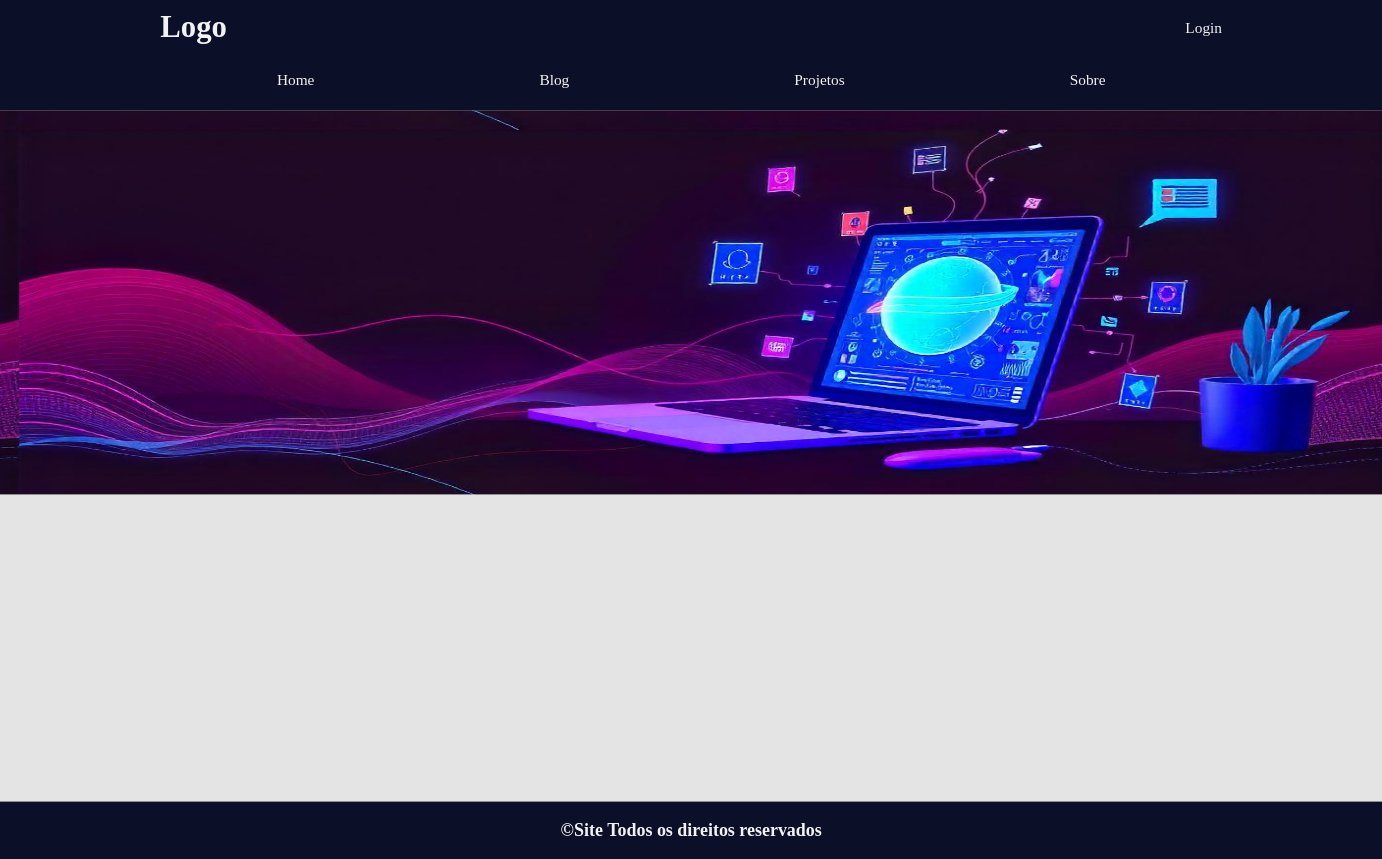
Repository: SauloMorais01/mysitefront-end
Page: index.html
The author's editor kept a copy of each file at every save. The page is drawn from the files as they stood at one save, then again after the next save.
The browser window is 1440 px wide. The pictures show the whole page, at 96% of full size.

Above is the page before, as saved 2024-11-01 21:49:32.

### index.html
<!DOCTYPE html>
<html lang="pt-br">
<head>
    <meta charset="UTF-8">
    <meta name="viewport" content="width=device-width, initial-scale=1.0">
    <title>Titulo - status</title>
    <link rel="stylesheet" href="./src/css/style.css">
</head>
<body>
    <header class="primary-color hd-color-white">
        <div class="container">
            <div class="top-box flex">
                <div class="logo">
                    <a class="hd-color-white" href="/"><h1>Logo</h1></a>
                </div>
                <div class="login">
                    <a class="hd-color-white" href="/">Login</a>
                </div>
            </div>
        </div>
    </header>

    <section id="menu" class="sticky-top primary-color hd-color-white">
            <div class="container center">
                <a href="/">Home</a>
                <a href="./src/pages/blog.html">Blog</a>
                <a href="/">Projetos</a>
                <a href="/">Sobre</a>
            </div>
    </section>

    <main>
        <section class="info-top">

        </section>

    </main>

    <footer class="primary-color center">
        <h3 class="hd-color-white">&copy;<strong>Site</strong> Todos os direitos reservados</h3>
    </footer>


    <script src="./src/js/main.js"></script>
</body>
</html>

### src/css/style.css
/* Primary configs */
:root {
    /* Colors */
    /* Bases */
    --primary-color: 234, 94%, 6%,;
    --secondary-color: 184, 86%, 66%,;
    --body-color: 0, 0%, 89%,;
    --white-color: 0, 0%, 100%,;
    --black-color: 0, 0%, 0%,;
    /* End Bases */

    /* Variations colors */
    --primary-color-normal: hsla(var(--primary-color) 0.95);
    --primary-color-medium: hsla(var(--primary-color) 0.5);
    --primary-color-light: hsla(var(--primary-color) 0.250);

    --secondary-color-normal: hsla(var(--secondary-color) 0.95);
    --secondary-color-medium: hsla(var(--secondary-color) 0.5);
    --secondary-color-light: hsla(var(--secondary-color) 0.250);

    --body-color-normal: hsla(var(--body-color) 0.95);
    --body-color-medium: hsla(var(--body-color) 0.5);
    --body-color-light: hsla(var(--body-color) 0.250);

    --black-color-normal: hsla(var(--black-color) 0.95);
    --black-color-medium: hsla(var(--black-color) 0.5);
    --black-color-light: hsla(var(--black-color) 0.250);

    --white-color-normal: hsla(var(--white-color) 0.95);
    --white-color-medium: hsla(var(--white-color) 0.5);
    --white-color-light: hsla(var(--white-color) 0.250);
    /* End variations colors */
    /* End Colors */

    /* Conf Sizes */
    --container-larger-l: 80%;
    --container-larger-m: 80%;
    --container-larger-s: 80%;
    --container-tablet: 90%;
    --container-small-d: 95%;
    --grid-width: 20%;
    --grid-height: 20%;
    /* End conf Sizes */
}

/* Global */
* {
    box-sizing: border-box;
    margin: 0;
    padding: 0;
}
/* End global */

/* pagina */
body {
    background: var(--body-color-normal);
}

a {
    list-style: none;
    text-decoration: none;
}


main {
    height: 100vh;
}

footer {
    height: 60px;
}

footer h3 {
    padding-top: 1.2rem;
}

/* end pagina */

/* Utils */
.flex {
    display: flex;
}

.sticky-top {
    position: sticky;
    top: 0;
}

.center {
    text-align: center;
}

.right {
    text-align: right;
}

.left {
    text-align: left;
}

.grid-temp {
    width: var(--grid-width); height: var(--grid-height);
    display: grid;
    grid-template-columns: repeat(4, 1fr);
    grid-template-rows: repeat(4, 1fr);
}

.primary-color{
    background: var(--primary-color-normal);
}

.secondary-color{
    background: var(--secondary-color-normal);
}

.hd-color-black {
    color: var(--black-color-normal);
}

.hd-color-white {
    color: var(--white-color-normal);
}

.hidden {
    display: none;
}
/* End utils */



/* Responsividade */
@media (max-width: 575.99px) {
    .container {
        margin: 0 auto;
        width: var(--container-small-d);
    }

    header {
        height: 40px;
    }

    #menu {
        height: 40px;
        display:none;
    }

    #menu a {
        color: var(--white-color-normal);
        margin: 5px 2%;
        padding: 10px 5%;
    }

    .login {
        display: none;
    }

    #menu a:hover {
        background-color: var(--secondary-color-light);
        border-radius: 5px;
    }

    .top-box {
        position: relative;
        padding-top: 2px;
    }

    .logo {
        position: absolute;
        left: 1%;
        font-size: 0.8rem;
    }

    .login {
        position: absolute;
        margin-top: 2px;
        right: 1%;
    }

    /* Main */
    .info-top{
        /* background: #4f0c6e; */
        height: 400px;
        background-image: url(../img/freepik__generate-images-about-web-development__7459.jpeg);
        background-position: center;
        backface-visibility: inherit;
        /* background-repeat: no-repeat; */
    }
}

@media (min-width: 576px) {
    .container {
        margin: 0 auto;
        width: var(--container-small-d);
    }

    header {
        height: 40px;
    }

    #menu {
        height: 40px;
        display:none;
    }

    #menu a {
        color: var(--white-color-normal);
        margin: 5px 2%;
        padding: 10px 5%;
    }

    .login {
        display: none;
    }

    #menu a:hover {
        background-color: var(--secondary-color-light);
        border-radius: 5px;
    }

    .top-box {
        position: relative;
        padding-top: 3px;
    }

    .logo {
        position: absolute;
        left: 1%;
        font-size: 0.8rem;
    }

    .login {
        position: absolute;
        margin-top: 3px;
        right: 1%;
    }

    /* Main */
    .info-top{
        /* background: #4f0c6e; */
        height: 400px;
        background-image: url(../img/freepik__generate-images-about-web-development__7459.jpeg);
        background-position: center;
        backface-visibility: inherit;
        /* background-repeat: no-repeat; */
    }
}

/* Medium devices (tablets, 768px and up) */
@media (min-width: 768px) {
    .container {
        margin: 0 auto;
        width: var(--container-tablet);
    }

    header {
        height: 50px;
    }

    #menu {
        height: 40px;
        display:none;
    }

    #menu a {
        color: var(--white-color-normal);
        margin: 5px 3%;
        padding: 10px 5%;
    }

    #menu a:hover {
        background-color: var(--secondary-color-light);
        border-radius: 5px;
    }

    .login {
        display: block;
    }

    .top-box {
        position: relative;
        padding-top: 6px;
    }

    .logo {
        position: absolute;
        left: 2%;
        font-size: 1rem;
    }

    .login {
        position: absolute;
        margin-top: 6px;
        right: 2%;
    }

    /* Main */
    .info-top{
        /* background: #4f0c6e; */
        height: 400px;
        background-image: url(../img/freepik__generate-images-about-web-development__7459.jpeg);
        background-position: center;
        backface-visibility: inherit;
        /* background-repeat: no-repeat; */
    }
}

/* Large devices (desktops, 992px and up) */
@media (min-width: 992px) {
    .container {
        margin: 0 auto;
        width: var(--container-larger-s);
    }

    header {
        height: 60px;
    }

    #menu {
        height: 40px;
        display: block;
    }

    #menu a {
        color: var(--white-color-normal);
        margin: 5px 4%;
        padding: 10px 5%;
    }

    #menu a:hover {
        background-color: var(--secondary-color-light);
        border-radius: 5px;
    }

    .top-box {
        position: relative;
        padding-top: 8px;
    }

    .logo {
        position: absolute;
        left: 2%;
    }

    .login {
        position: absolute;
        margin-top: 8px;
        right: 2%;
    }

    /* Main */
    .info-top{
        /* background: #4f0c6e; */
        height: 400px;
        background-image: url(../img/freepik__generate-images-about-web-development__7459.jpeg);
        background-position: center;
        backface-visibility: inherit;
        /* background-repeat: no-repeat; */
    }
}

/* X-Large devices (large desktops, 1200px and up) */
@media (min-width: 1200px) {
    .container {
        margin: 0 auto;
        width: var(--container-larger-m);
    }

    header {
        height: 70px;
    }

    #menu {
        height: 40px;
        display: block;
    }

    #menu a {
        color: var(--white-color-normal);
        margin: 5px 4.5%;
        padding: 10px 5%;
    }

    #menu a:hover {
        background-color: var(--secondary-color-light);
        border-radius: 5px;
    }

    .top-box {
        position: relative;
        padding-top: 8px;
    }

    .logo {
        position: absolute;
        left: 2%;
    }

    .login {
        position: absolute;
        margin-top: 8px;
        right: 2%;
    }

    /* Main */
    .info-top{
        /* background: #4f0c6e; */
        height: 400px;
        background-image: url(../img/freepik__generate-images-about-web-development__7459.jpeg);
        background-position: center;
        backface-visibility: inherit;
        /* background-repeat: no-repeat; */
    }
}

/* XX-Large devices (larger desktops, 1400px and up) */
@media (min-width: 1400px) {
    .container {
        margin: 0 auto;
        width: var(--container-larger-l);
    }

    header {
        height: 75px;
    }

    #menu {
        height: 40px;
        display: block;
    }

    #menu a {
        color: var(--white-color-normal);
        margin: 5px 5%;
        padding: 10px 5%;
    }

    #menu a:hover {
        background-color: var(--secondary-color-light);
        border-radius: 5px;
    }

    .top-box {
        position: relative;
        padding-top: 10px;
    }

    .logo {
        position: absolute;
        left: 2%;
    }

    .login {
        position: absolute;
        margin-top: 10px;
        right: 2%;
    }

    /* Main */
    .info-top{
        /* background: #4f0c6e; */
        height: 400px;
        background-image: url(../img/freepik__generate-images-about-web-development__7459.jpeg);
        background-position: center;
        background-position: 20px 20px;
        background-size: 100% 400px;
        backface-visibility: inherit;
        /* background-repeat: no-repeat; */
    }
}
/* End responsividade */

Loaded but not shown: src/js/main.js (no copy from this time; the picture is the same without it)

After the next save:
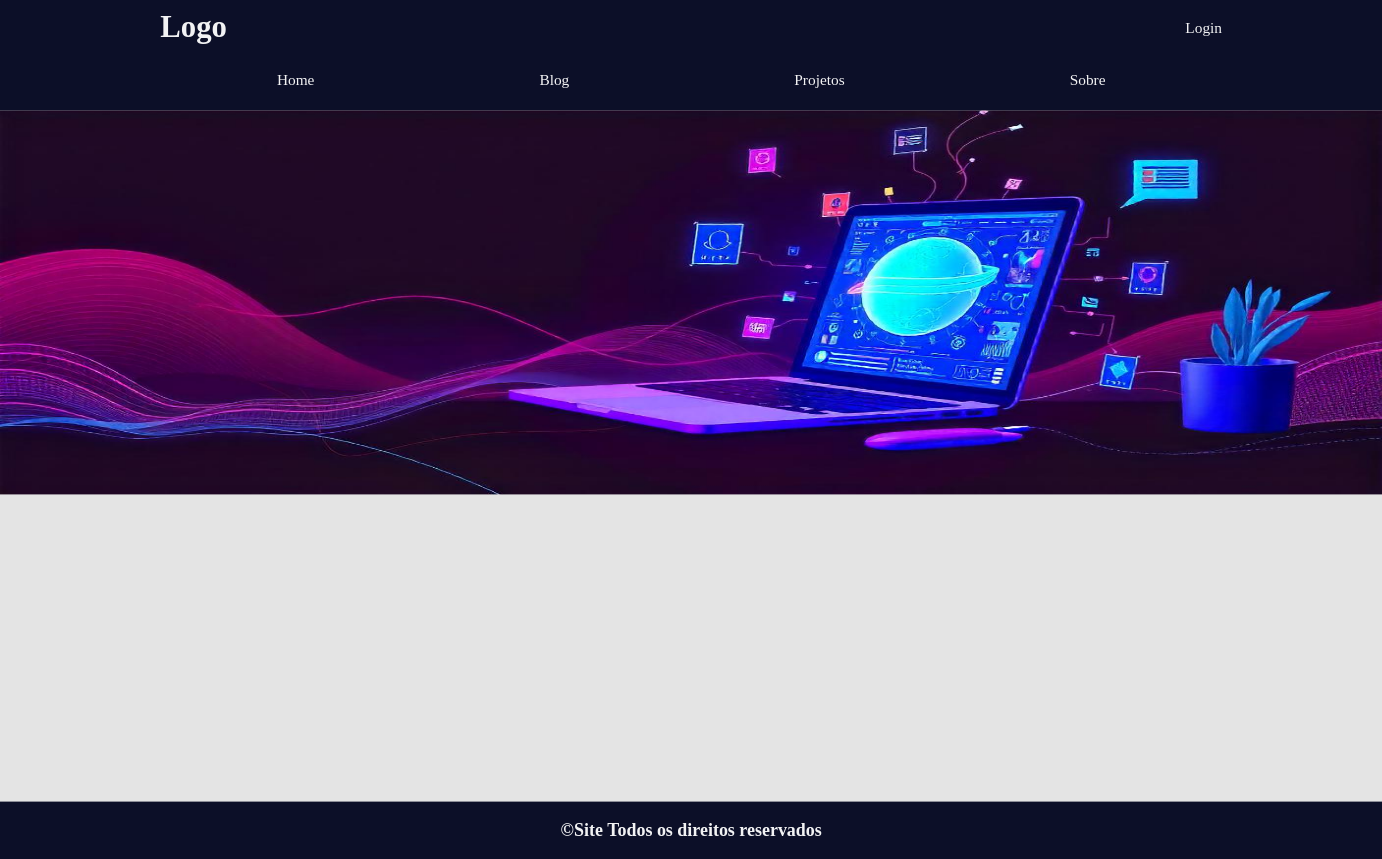
Saved 13 s later.
--- a/src/css/style.css
+++ b/src/css/style.css
@@ -461,7 +461,6 @@ footer h3 {
         height: 400px;
         background-image: url(../img/freepik__generate-images-about-web-development__7459.jpeg);
         background-position: center;
-        background-position: 20px 20px;
         background-size: 100% 400px;
         backface-visibility: inherit;
         /* background-repeat: no-repeat; */
